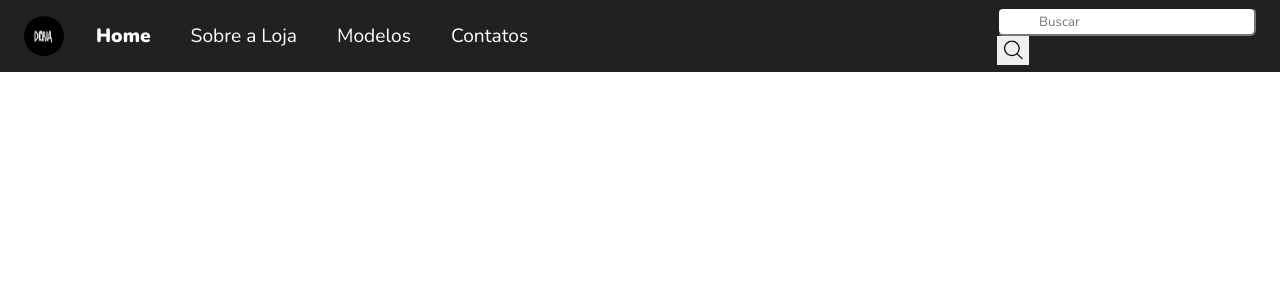
Repository: analessp/dicriastreet
Page: index.html
These files come from the project's save history. The page is drawn as it stood at one moment and after the next save; the edit follows.
The browser window is 1280 px wide. The pictures show the whole page.

Above is the page before, as saved 2025-04-17 12:46:51.

After the next save:
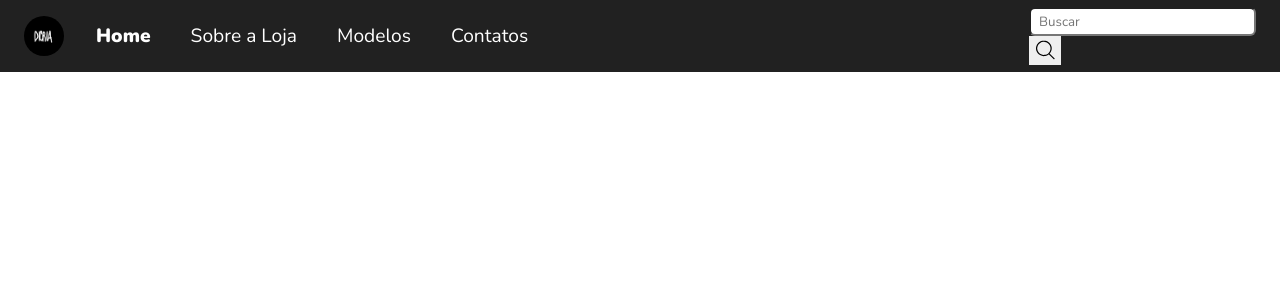
Saved 5 s later.
--- a/style.css
+++ b/style.css
@@ -61,7 +61,7 @@ header {
     border-radius: 6px;
     height: 1.8rem;
     width: 100%;
-    padding: 0 2.5rem 0;
+    padding: 0 2.5rem 0 0.5rem;
     box-sizing: border-box;
 }
 
